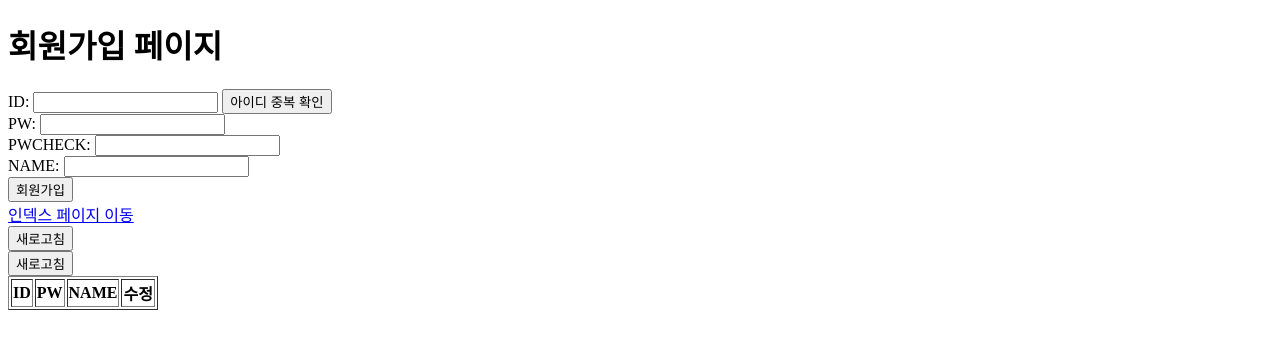
Repository: smallomg/bg-spring
Page: http://localhost/demo4-1/WEB-INF/views/signup.jsp
An editor plug-in stored every save of this project. The page is shown before and after the next save, followed by the edit.
The browser window is 1280 px wide. The pictures show the whole page.
The page is served by Tomcat 9. Nobody is signed in. Other server files are loaded and not shown. The template is opened directly, without the code that normally fills it, so the values that code supplies are empty.

Above is the page before, as saved 2025-05-08 03:04:34.

### ldy_spring/demo4-1/src/main/webapp/WEB-INF/views/signup.jsp
<%@ page language="java" contentType="text/html; charset=UTF-8"
	pageEncoding="UTF-8"%>
<!DOCTYPE html>
<html>
<head>
<meta charset="UTF-8">
<title>회원가입 페이지</title>
</head>
<body>
	<h1>회원가입 페이지</h1>
	<form action="SignUp" method="post" onsubmit="return validateForm()">
		ID: <input type="text" id="id" name="id">
		<button type="button" onclick="idcheck()">아이디 중복 확인</button>
		<br> PW: <input type="password" id="pw" name="pw"><br>
		PWCHECK: <input type="password" id="pwcheck" name="pwcheck"
			onblur="pwCheck()"><br> NAME: <input type="text"
			id="name" name="name"><br> <input type="submit"
			value="회원가입">
	</form>
	<div id="demo1"></div>
	<div id="demo2"></div>
	<a href="/">인덱스 페이지 이동</a>
	<br>

	<button type="button" onclick="selectAll()">새로고침</button>
	<br>
	<table border="1">
		<thead>
			<tr>
				<th>ID</th>
				<th>PW</th>
				<th>NAME</th>
				<th>수정</th>
			</tr>
		</thead>
		<tbody id="tbody">
		<button type="button" onclick="selectAll()">새로고침</button>
		</tbody>
	</table>
	<script>
		function selectAll() {
			const xhr = new XMLHttpRequest();
			xhr.onload = function() {
				const list = JSON.parse(xhr.responseText);
				let html = "";
				for (let i = 0; i < list.length; i++) {
					html += "<tr>"+
					"<td>" + list[i].id + "</td>" +
					"<td>"+ list[i].pw + "</td>" +
					"<td>" + list[i].name + "</td>"+
					"</tr>";

				}
				document.getElementById('tbody').innerHTML = html;
			}

			xhr.open('GET', '/selectAll');
			xhr.send();
		}
	</script>

	<script>
		let idValid = false;
		function idcheck() {
			const id = document.getElementById('id').value;
			if (!id) {
				alert('아이디를 입력하세요.');
				return;
			}
			const xhr = new XMLHttpRequest();
			xhr.onload = function() {
				if (xhr.responseText === "1") {
					document.getElementById('demo1').innerHTML = "사용중인 아이디 입니다";
					idValid = false;
				} else {
					document.getElementById('demo1').innerHTML = "사용가능한 아이디";
					idValid = true;
				}

			}
			xhr.open('GET', '/idcheck?id=' + id);
			xhr.send();
		}

		let pwValid = false;
		function pwCheck() {
			const pw = document.getElementById('pw').value;
			const pwcheck = document.getElementById('pwcheck').value;

			const xhr = new XMLHttpRequest();
			xhr.onload = function() {
				if (xhr.responseText == "1") {
					document.getElementById('demo2').innerHTML = "비밀번호가 다릅니다";
					pwValid = false;
				} else {
					document.getElementById('demo2').innerHTML = "비밀번호가 같습니다";
					pwValid = true;
				}

			}
			xhr.open('GET', '/pwCheck?pw=?' + pw + '&pwcheck=?' + pwcheck);
			xhr.send();
		}

		function validateForm() {
			if (!idValid) {
				alert('아이디 중복 확인을 해주세요.');
				return false;
			}
			if (!pwValid) {
				alert('비밀번호가 일치하지 않습니다.');
				return false;
			}
			return true;
		}
	</script>
</body>
</html>

After the next save:
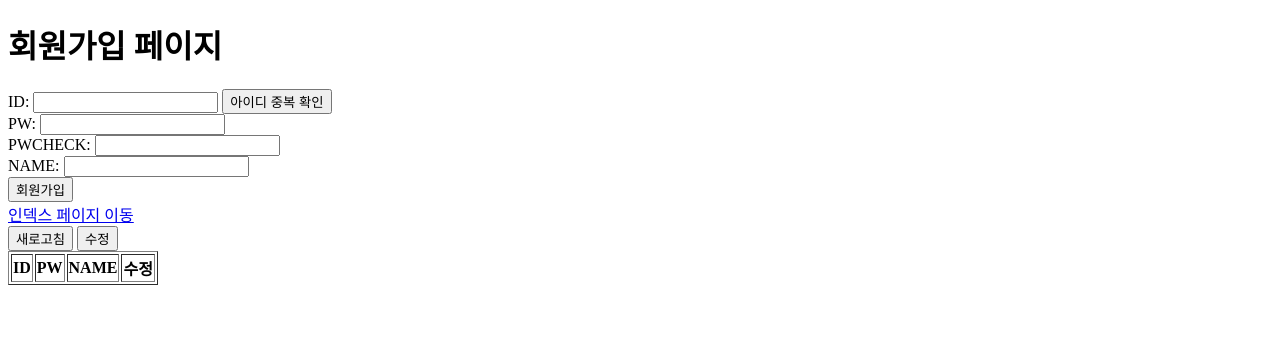
Saved 17 s later.
--- a/ldy_spring/demo4-1/src/main/webapp/WEB-INF/views/signup.jsp
+++ b/ldy_spring/demo4-1/src/main/webapp/WEB-INF/views/signup.jsp
@@ -23,6 +23,7 @@
 	<br>
 
 	<button type="button" onclick="selectAll()">새로고침</button>
+	<button type="button" onclick="update()">수정</button>
 	<br>
 	<table border="1">
 		<thead>
@@ -34,7 +35,7 @@
 			</tr>
 		</thead>
 		<tbody id="tbody">
-		<button type="button" onclick="selectAll()">새로고침</button>
+
 		</tbody>
 	</table>
 	<script>
